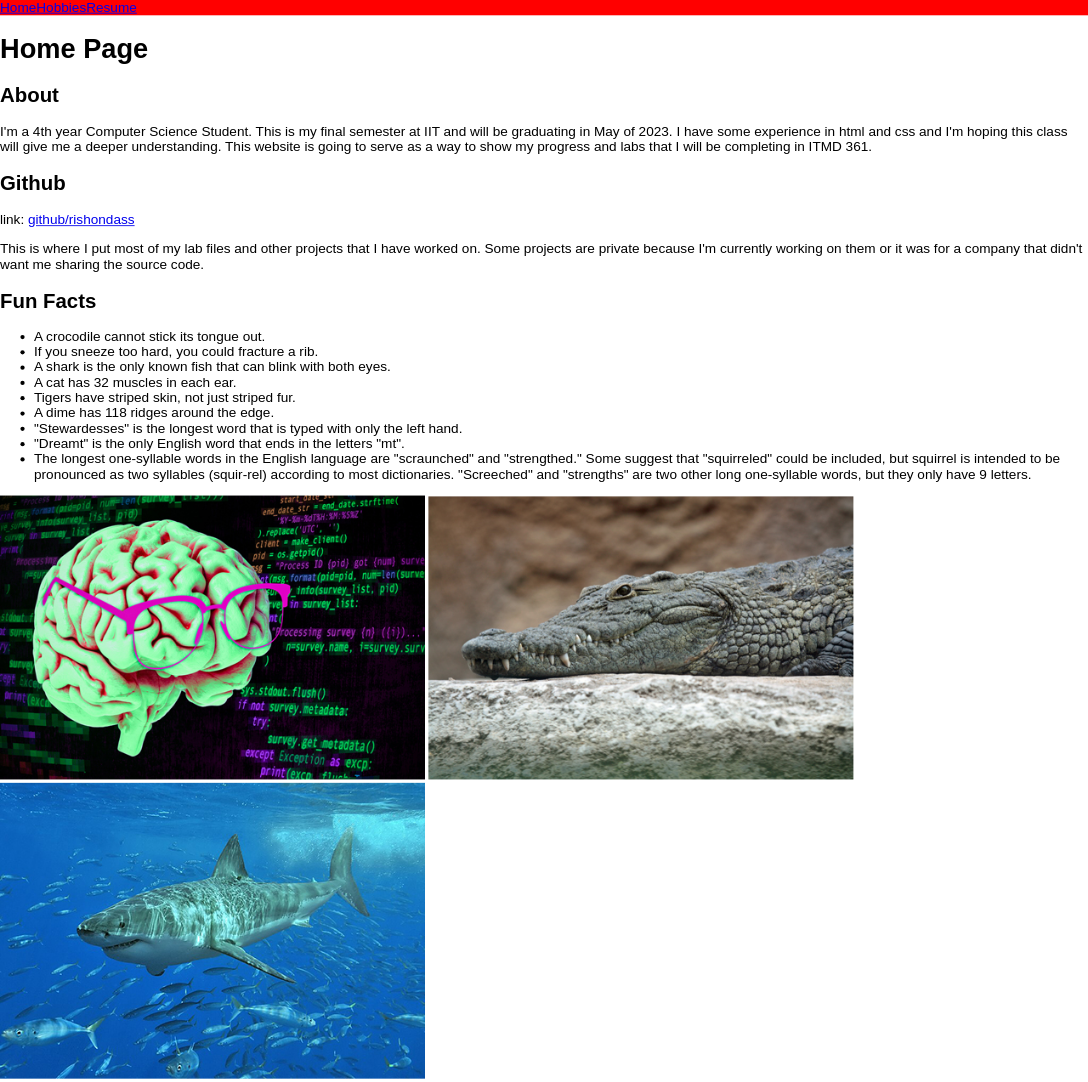
Repository: rishondass/ITMD361-Project2
Page: index.html
The author's editor kept a copy of each file at every save. The page is drawn from the files as they stood at one save, then again after a run of saves.
The browser window is 1280 px wide. The pictures show the whole page, at 85% of full size.

Above is the page before, as saved 2023-03-07 21:07:25.

After the next 3 saves:
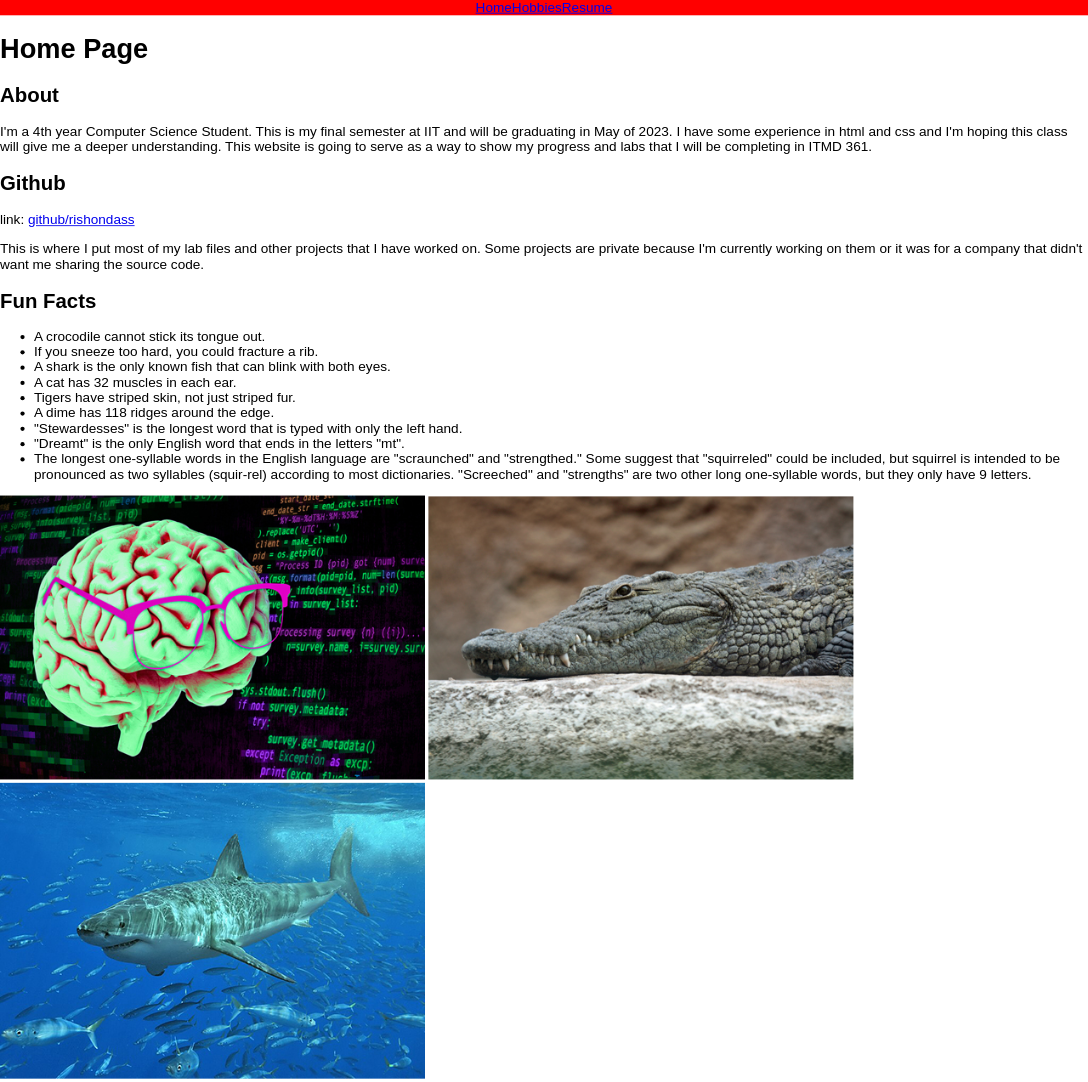
The 3 saves are shown as one change because they came seconds apart.
The last was saved 10 s later.
--- a/css/style.css
+++ b/css/style.css
@@ -8,7 +8,7 @@
     padding: 0;
     margin: 0;
     display: flex;
-    ali
+    justify-content: center;
 }
 
 #main-nav li{
